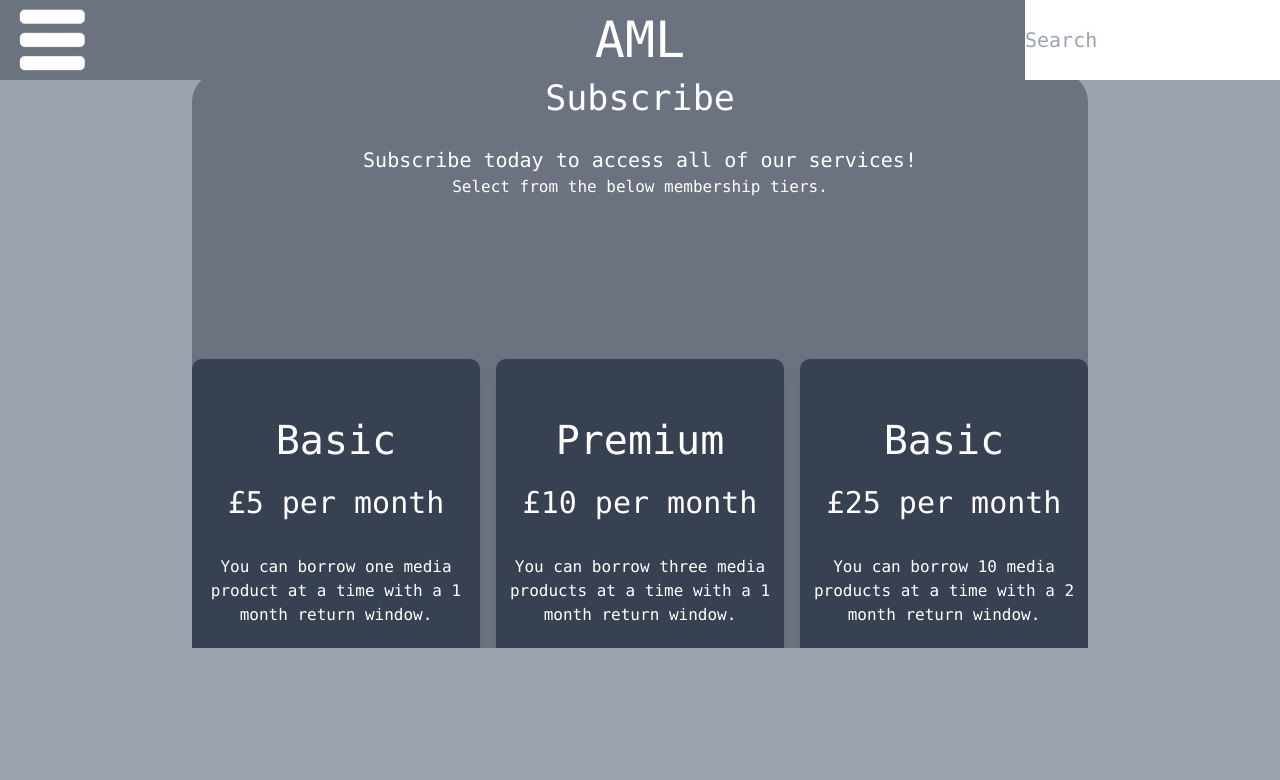
Repository: DuyKhanhDo/AML-Concept
Page: http://localhost/subscribe
An editor plug-in stored every save of this project. The page is shown before and after the next save, followed by the edit.
The browser window is 1280 px wide. The pictures show the whole page.
Some web libraries are served in a nearby version. The page is served by the project's Laravel application, run on PHP 8.4 with Laravel 12. A made-up administrator, Test User (test@example.com), is signed in.

Above is the page before, as saved 2024-11-11 13:05:34.

After the next save:
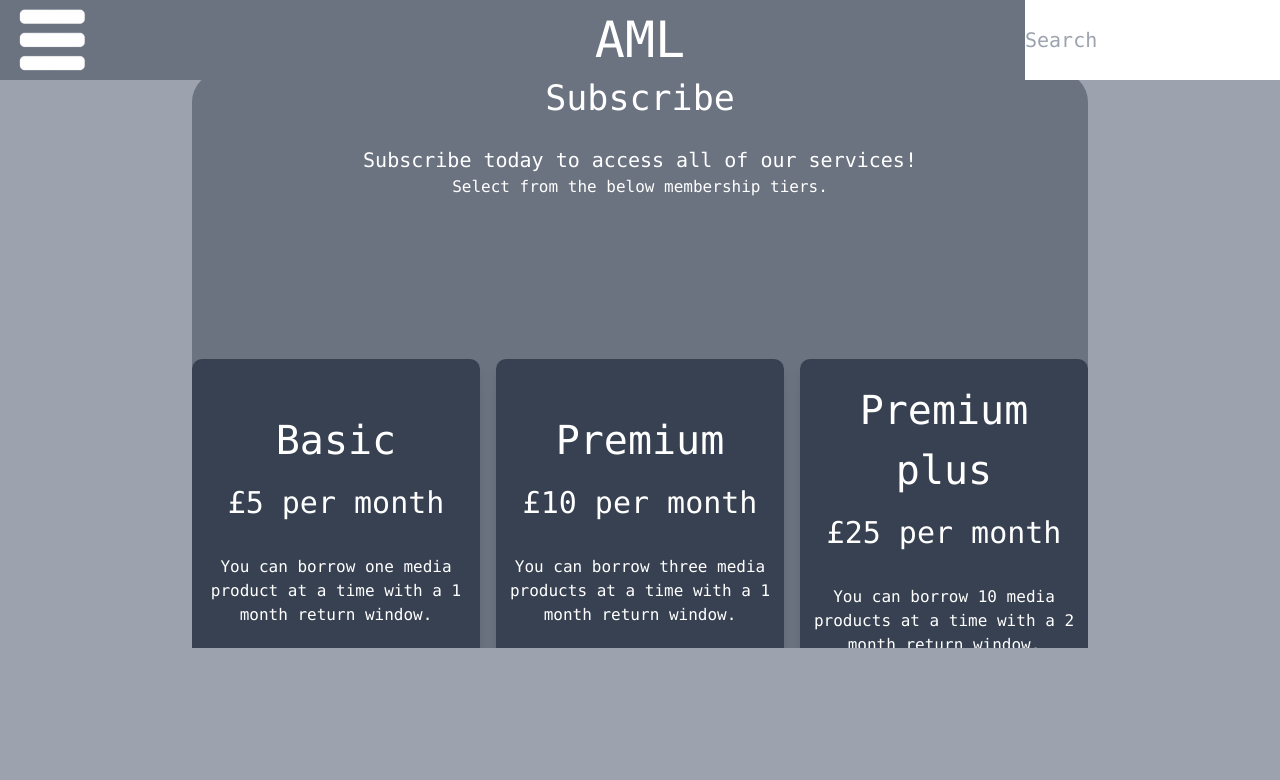
Saved 19 s later.
--- a/resources/views/subscribe.blade.php
+++ b/resources/views/subscribe.blade.php
@@ -8,7 +8,7 @@
                 <div class="flex overflow-x-auto w-full space-x-4 justify-center">
                     <x-subscription-tier tier='Basic' price='£5' benefits='You can borrow one media product at a time with a 1 month return window.'></x-subscription-tier>
                     <x-subscription-tier tier='Premium' price='£10' benefits='You can borrow three media products at a time with a 1 month return window.'></x-subscription-tier>
-                    <x-subscription-tier tier='Basic' price='£25' benefits='You can borrow 10 media products at a time with a 2 month return window.'></x-subscription-tier>
+                    <x-subscription-tier tier='Premium plus' price='£25' benefits='You can borrow 10 media products at a time with a 2 month return window.'></x-subscription-tier>
                 </div>
             </div>
         </main>
